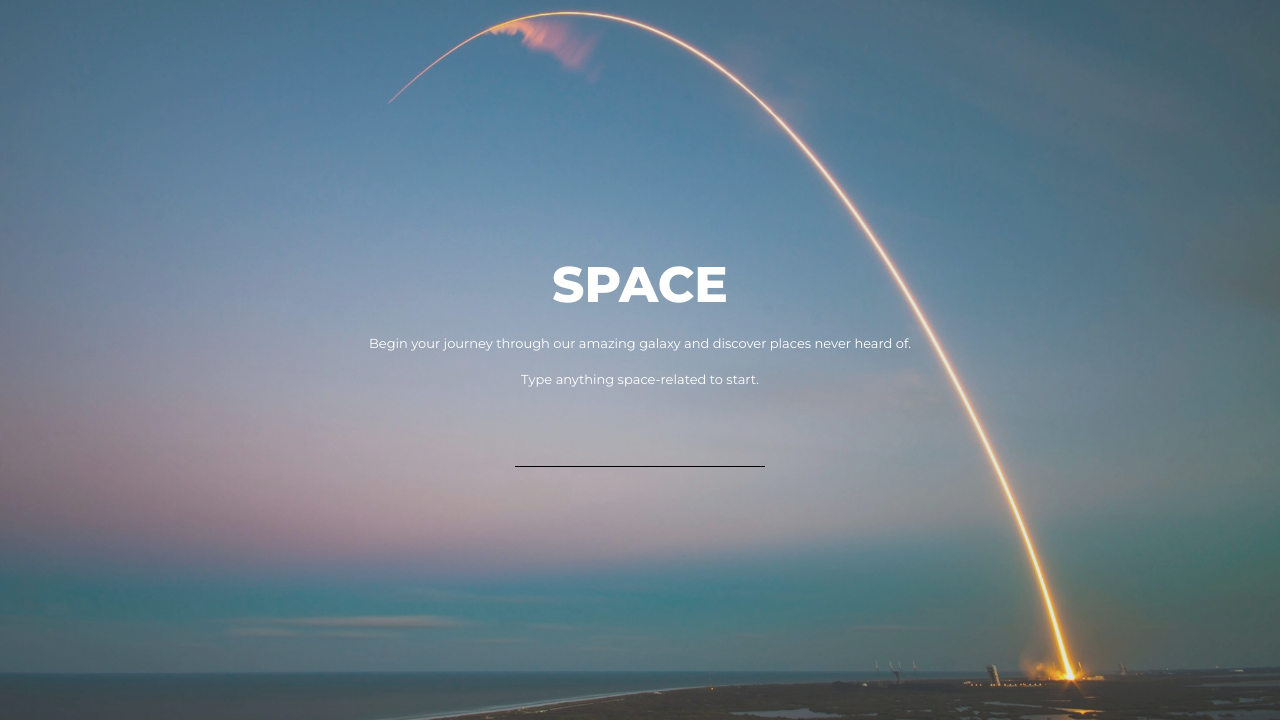
Repository: pmor80/spacer
Page: /
These files come from the project's save history. The page is drawn as it stood at one moment and after the next save; the edit follows.
The browser window is 1280 px wide. The pictures show the whole page.
The project was rebuilt for these pictures with package versions that can differ from the ones it lists, and the page was loaded fresh each time.

Above is the page before, as saved 2019-07-02 16:01:50.

### public/index.html
<!DOCTYPE html>
<html lang="en">
  <head>
    <meta charset="utf-8">
    <meta http-equiv="X-UA-Compatible" content="IE=edge">
    <meta name="viewport" content="width=device-width,initial-scale=1.0">
    <link rel="icon" href="<%= BASE_URL %>favicon.ico">
    <title>spacer</title>
  </head>
  <body>
    <noscript>
      <strong>We're sorry but spacer doesn't work properly without JavaScript enabled. Please enable it to continue.</strong>
    </noscript>
    <div id="app"></div>
    <!-- built files will be auto injected -->
  </body>
</html>

### src/main.js
import Vue from 'vue';
import App from './App.vue';

Vue.config.productionTip = false;

new Vue({
  render: h => h(App),
}).$mount('#app');

### src/App.vue
<template>
  <div class="wrapper">
    <HeroImage />
    <Claim />
    <SearchInput />
  </div>
</template>

<script>
import axios from "axios";
import debounce from "lodash.debounce";
import Claim from "@/components/Claim.vue";
import SearchInput from "@/components/SearchInput.vue";
import HeroImage from "@/components/HeroImage.vue";

const API = "https://images-api.nasa.gov/search";

export default {
  name: "App",
  components: {
    HeroImage,
    Claim,
    SearchInput
  },
  data() {
    return {
      searchValue: "",
      results: []
    };
  },
  methods: {
    handleInput: debounce(function() {
      axios
        .get(`${API}?q=${this.searchValue}&media_type=image`)
        .then(response => {
          this.results = response.data.collection.items;
        })
        .catch(err => {
          console.log(err);
        });
    }, 500)
  }
};
</script>

<style lang="scss">
@import url("https://fonts.googleapis.com/css?family=Montserrat:300,400,600,800");

* {
  box-sizing: border-box;
}

body {
  font-family: "Montserrat", sans-serif;
  margin: 0;
  padding: 0;
}

.wrapper {
  margin: 0;
  padding: 30px;
  width: 100%;
  min-height: 100vh;
  display: flex;
  flex-direction: column;
  align-items: center;
  justify-content: center;
}
</style>

### src/components/Claim.vue
<template>
  <div class="claimWrapper">
    <h1 class="claim">SPACE</h1>
    <p
      class="subclaim"
    >Begin your journey through our amazing galaxy and discover places never heard of.</p>
    <p class="subclaim">Type anything space-related to start.</p>
  </div>
</template>

<script>
export default {
  name: "Claim"
};
</script>

<style lang="scss" scoped>
.claimWrapper {
  display: flex;
  flex-direction: column;
  justify-content: center;
  align-items: center;
  text-align: center;
  color: #fff;
}
.claim {
  font-size: 50px;
  margin: 0;
}

.subclaim {
  margin: 20px 0 0 0;
  font-size: 13px;
}
</style>

### src/components/SearchInput.vue
<template>
  <div class="searchWrapper">
    <input id="search" name="search" v-model="searchValue" @input="handleInput" />
  </div>
</template>

<script>
export default {
  name: "SearchInput"
};
</script>

<style lang="scss" scoped>
.searchWrapper {
  margin: 50px 0 0 0;
  display: flex;
  flex-direction: column;
  width: 250px;

  input {
    height: 30px;
    border: 0;
    background: none;
    border-bottom: 1px solid #000;
  }
}
</style>

### src/components/HeroImage.vue
<template>
  <div class="heroImage"></div>
</template>

<script>
export default {
  name: "HeroImage"
};
</script>

<style lang="scss" scoped>
.heroImage {
  width: 100%;
  height: 100vh;
  position: fixed;
  top: 0;
  z-index: -1;
  justify-content: center;
  background-image: url("../assets/heroimage.jpg");
  background-repeat: no-repeat;
  background-size: cover;
  background-position: 80% 0%;
}
.heroImage::after {
  content: "";
  background: rgba(0, 0, 0, 0.1);
  position: absolute;
  top: 0;
  left: 0;
  z-index: 1;
  width: 100%;
  height: 100vh;
}
</style>

After the next save:
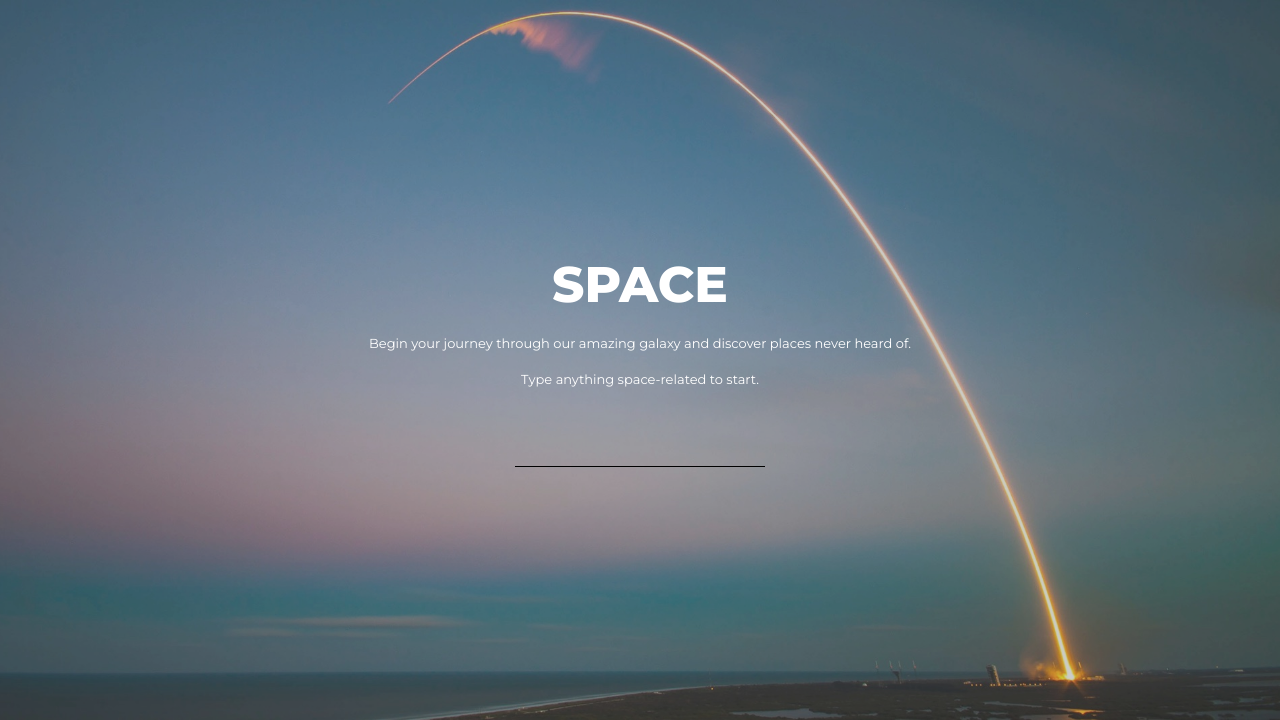
Saved 18 s later.
--- a/src/components/HeroImage.vue
+++ b/src/components/HeroImage.vue
@@ -23,7 +23,7 @@ export default {
 }
 .heroImage::after {
   content: "";
-  background: rgba(0, 0, 0, 0.1);
+  background: rgba(0, 0, 0, 0.2);
   position: absolute;
   top: 0;
   left: 0;
